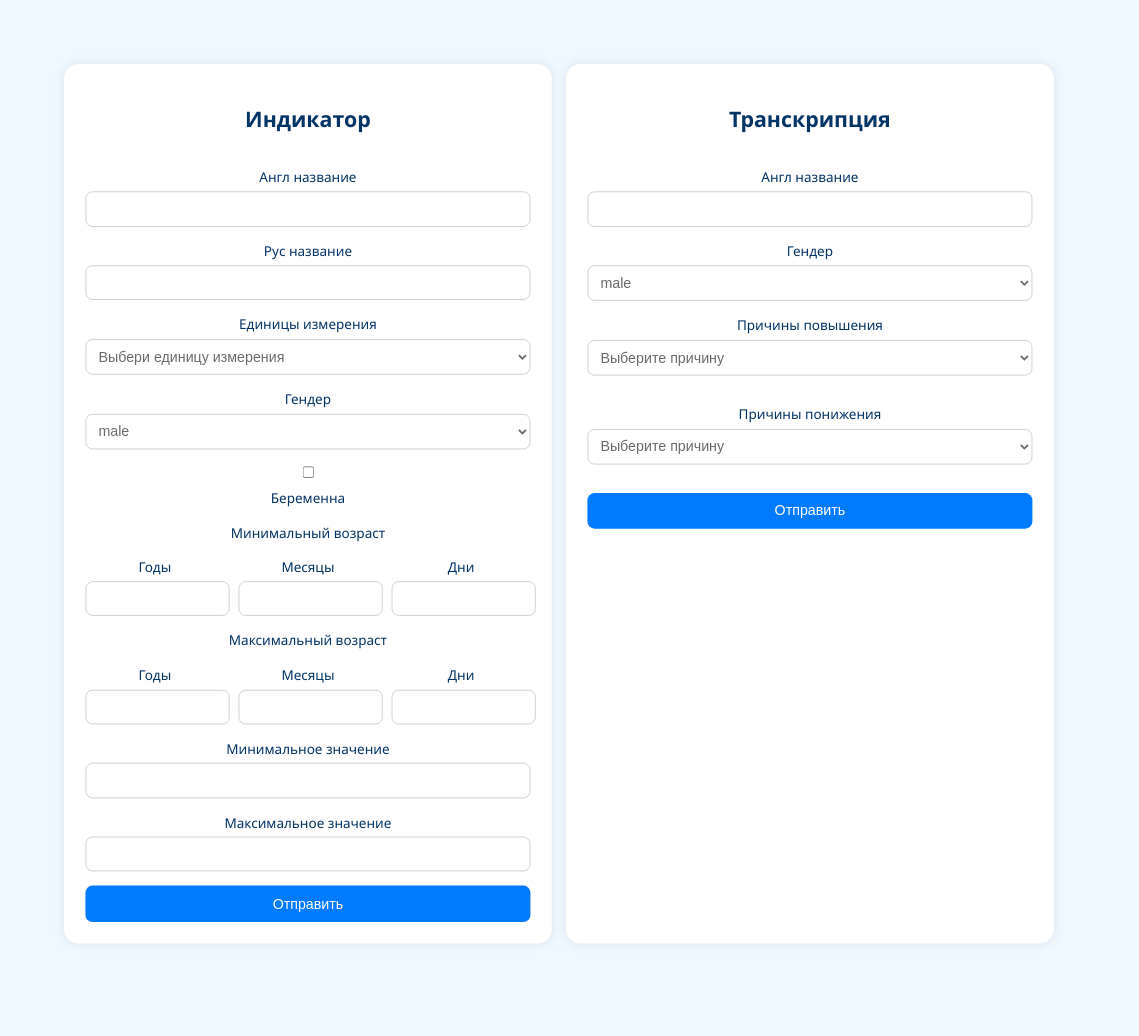
Repository: GGlebux/Transay
Page: / (app in frontend/)
An editor plug-in stored every save of this project. The page is shown before and after the next save, followed by the edit.
The browser window is 1280 px wide. The pictures show the whole page, at 89% of full size.
The project was rebuilt for these pictures with package versions that can differ from the ones it lists, and the page was loaded fresh each time. Also part of the build but not shown: frontend/vite.config.ts.

Above is the page before, as saved 2025-08-04 17:04:05.

After the next save:
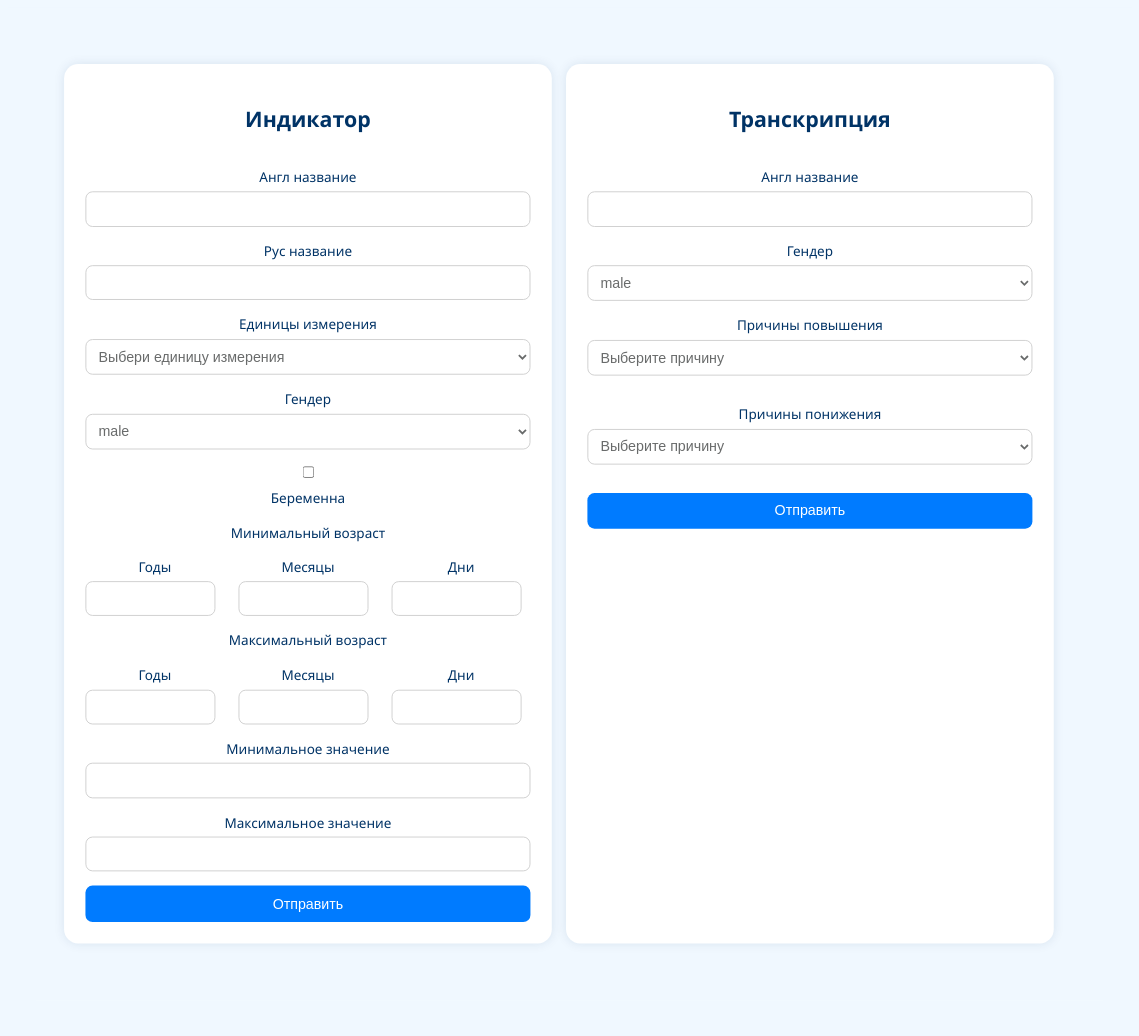
Saved 10 s later.
--- a/frontend/src/styles/forms.css
+++ b/frontend/src/styles/forms.css
@@ -72,7 +72,7 @@ button:hover {
 }
 
 .age-row input {
-  width: 90%;
+  width: 80%;
 }
 
 .checkbox {
